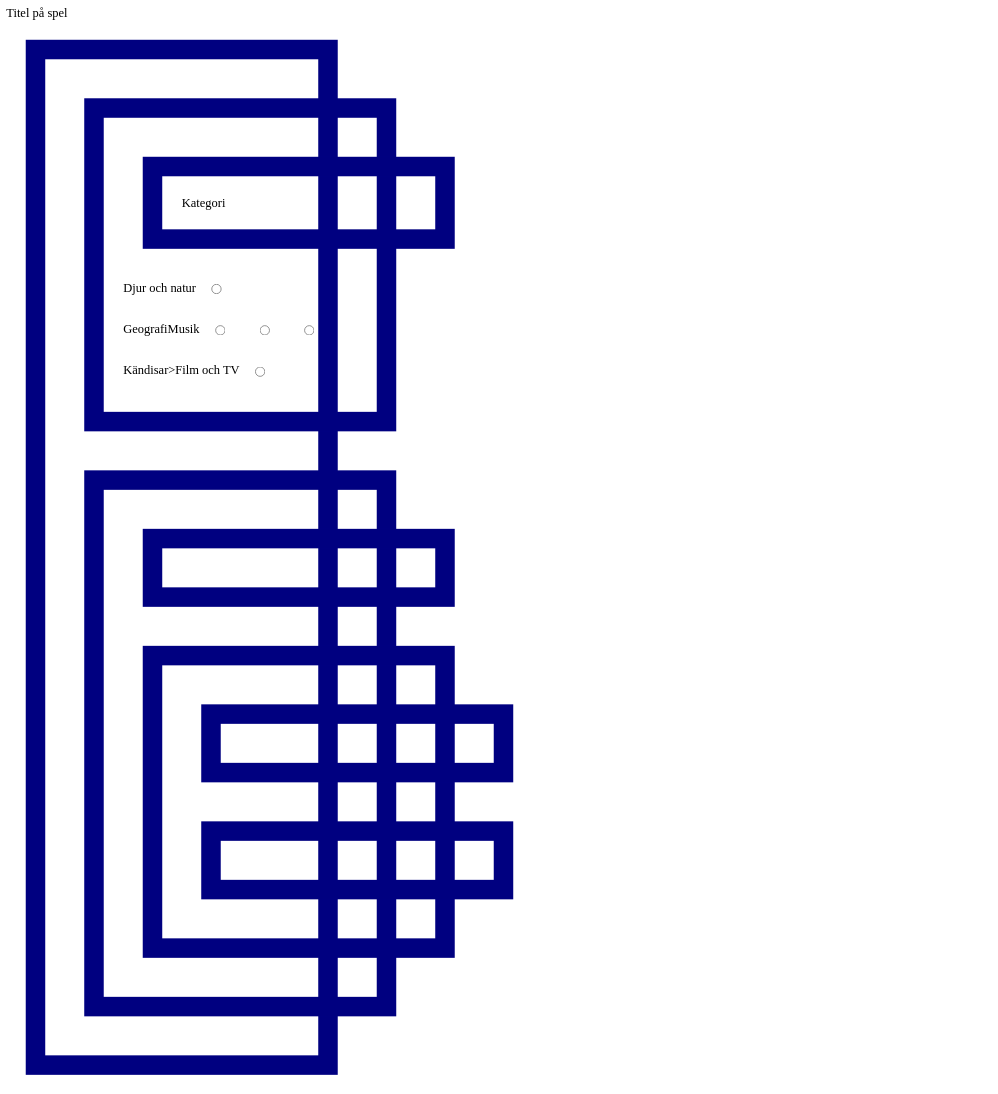
Repository: ed222gg/project2
Page: pages/start.html
The author's editor kept a record of every edit. The page is drawn from the files as they stood at one moment, then again after the next edit.
The browser window is 1280 px wide. The pictures show the whole page, at 78% of full size.

Above is the page before.

After the next edit:
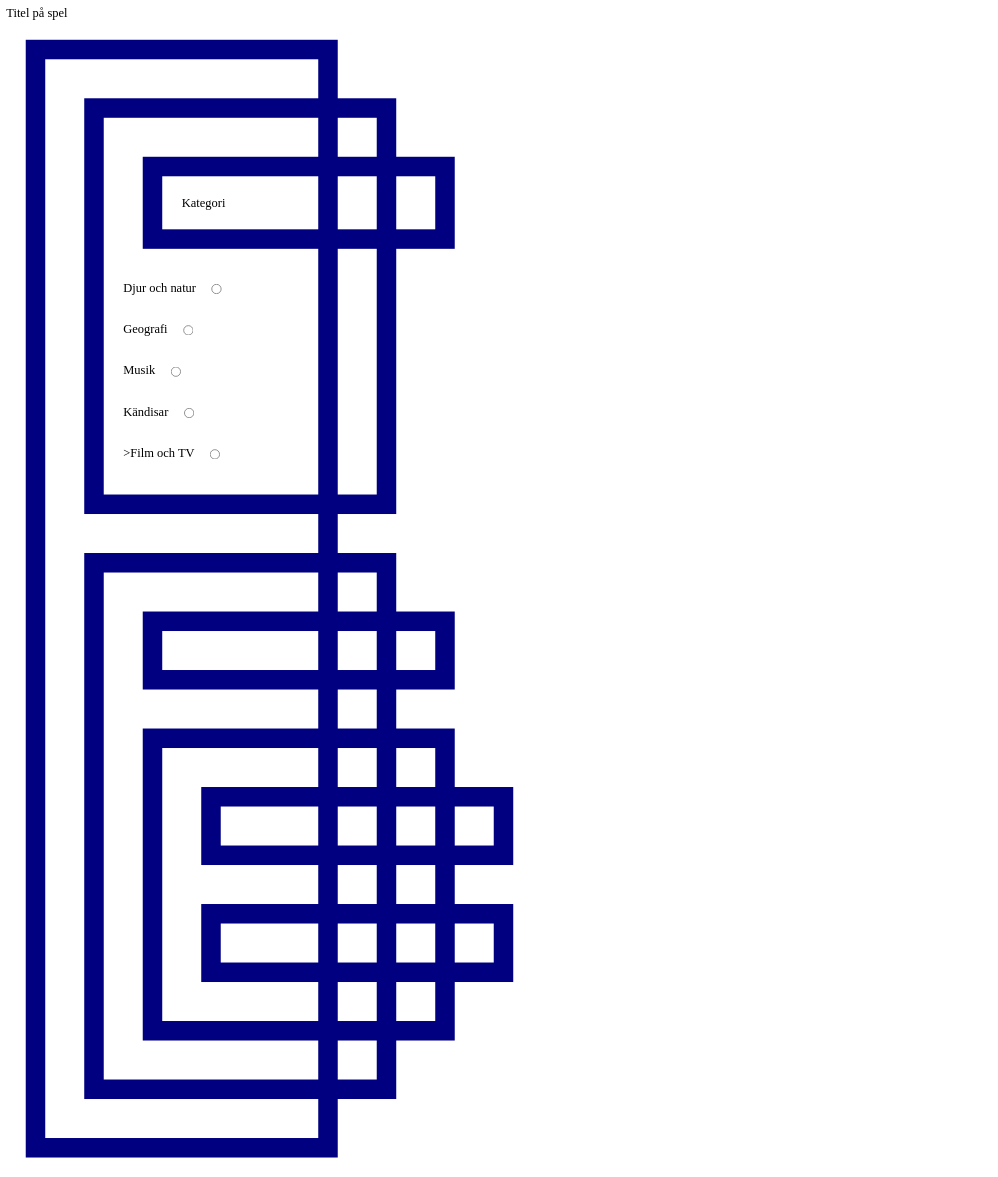
The edit:
--- a/pages/start.html
+++ b/pages/start.html
@@ -14,10 +14,10 @@
             <div id="CategoryTitle">Kategori</div>
             <div id="categories">
                 <div><input type="radio" id="c0" name="category" value="0"><p>Djur och natur</p></div>
-                <input type="radio" id="c1" name="category" value="1"><p>Geografi</p>
-                <input type="radio" id="c2" name="category" value="2"><p>Musik</p>
-                <input type="radio" id="c3" name="category" value="3"><p>Kändisar</p>
-                <input type="radio" id="c4" name="category" value="4"><P>>Film och TV</p>
+                <div><input type="radio" id="c1" name="category" value="1"><p>Geografi</p></div>
+                <div><input type="radio" id="c2" name="category" value="2"><p>Musik</p></div>
+                <div><input type="radio" id="c3" name="category" value="3"><p>Kändisar</p></div>
+                <div><input type="radio" id="c4" name="category" value="4"><P>>Film och TV</p></div>
             </div>
         </div>
         <!-- <template id="tamplate"> -->
